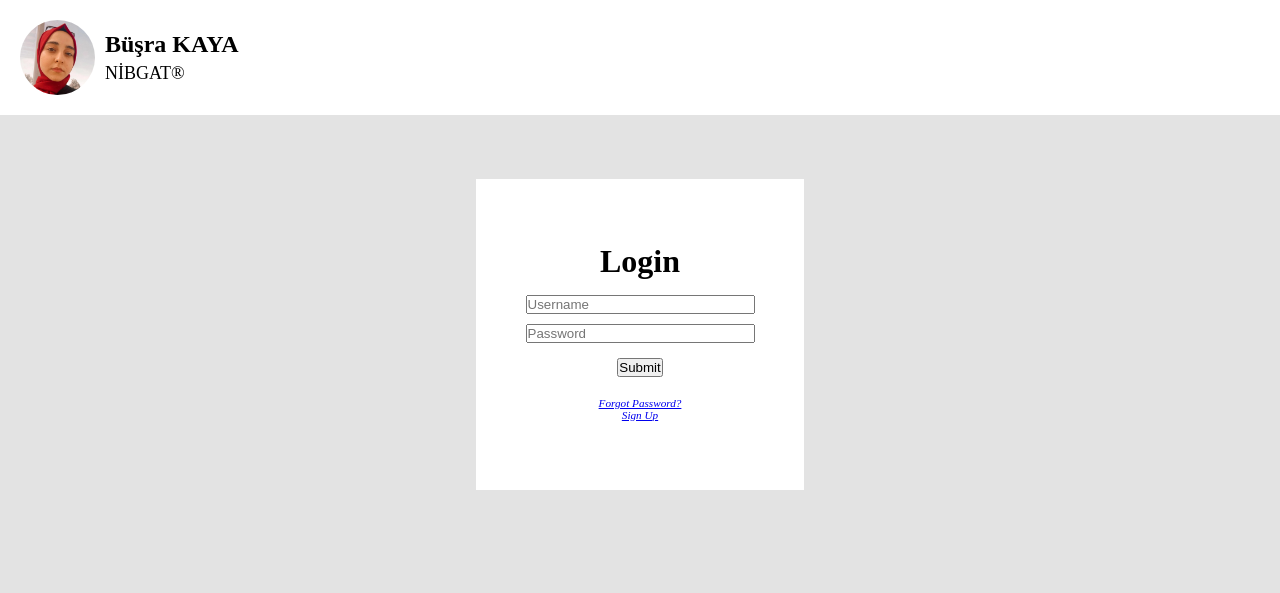
Repository: busra-kayaa/LoginPage
Page: login.html
An editor plug-in stored every save of this project. The page is shown before and after the next save, followed by the edit.
The browser window is 1280 px wide. The pictures show the whole page.

Above is the page before, as saved 2024-01-02 18:28:56.

### login.html
<!DOCTYPE html>
<html>
    <head>
        <title>Login Page</title>
        <link rel="stylesheet" href="./style.css" type="text/css"/>
    </head>
    <body>
        <div class="header-container">
            <div
                class="header-left-side-container"
            >
                <img
                    src="./busra.jpg"
                    height="75px"
                    width="75px"
                    class="logo"
                />
                <div class="header-desc-container">
                    <span class="header-title">
                        Büşra KAYA
                    </span>
                    <span class="header-content">
                        NİBGAT®
                    </span>
                </div>
            </div>
        </div>
        <div class="login-from-container">
          <div class ="login-text"><h1>Login</h1></div>
            <div class="input-group1">
                <i class="fa fa-user"></i>
                <input
                    type="text"
                    placeholder="Username"
                    class="input-text"
                    autocomplete="off"
                />
            </div>
            <div class="input-group2">
                <i class="fa fa-unclok-alt"></i>
                <input
                    type="password"
                    placeholder="Password"
                    class="input-text"
                    autocomplete="off"
                />
            </div>
            <div class="subgroup">
                <div class="button-group" id="login-button">
                    <button onclick="alert('Bilgileriniz Başarıyla Alınmıştır.')">Submit</button>
                </div>
                <div class="footer">
                    <a href="#" target="_blank">Forgot Password? </a>
                    <a href="#" target="_blank">Sign Up</a>
                </div>
            </div>
        </div>
    </body>
</html>

### style.css

* {
    padding: 0;
    margin: 0;
}

body {
    background-color: #e3e3e3;
}

.header-container {
    justify-content: space-between;
    background-color: #ffffff;
    flex-direction: row;
    align-items: center;
    padding: 20px;
    display: flex;
    margin-bottom: 5%;
}

.header-left-side-container {
    flex-direction: row;
    align-items: center;
    display: flex;
}

.logo {
    border-radius: 50%;
    margin-right: 10px;
}

.header-desc-container {
    display: flex;
    flex-direction: column;
}

.header-title {
    display: flex;
    flex-direction:column;
    font-weight: bold;
    font-size: 24px;
    margin-bottom: 5px;
}

.header-content {
    font-weight:normal;
    font-size: 18px;
    color:rgb(0, 0, 0);
}

.login-from-container {
    background-color: #ffffff;
    display: flex;
    flex-direction: column;
    align-items: center;
    text-align: center;
    margin: auto;
    width: 200px;
    padding: 5%;
}

.login-text {
    padding-bottom: 15px;
}

.input-group1 {
    margin-bottom: 5px;
}
.input-text {
    width: 225px;
}

.input-group2 {
    margin-top: 5px;
}

.button-group {
    color: black ;
    border: none;
    color: white;
    text-align: center;
    text-decoration: none;
    display: inline-block;
    font-size: 16px;
    margin: 15px 2px;
    cursor: pointer;
}

.footer {
    margin: 5px;
    display: flex;
    flex-direction:column;
    font-size: 70%;
    font-style: italic;
}

After the next save:
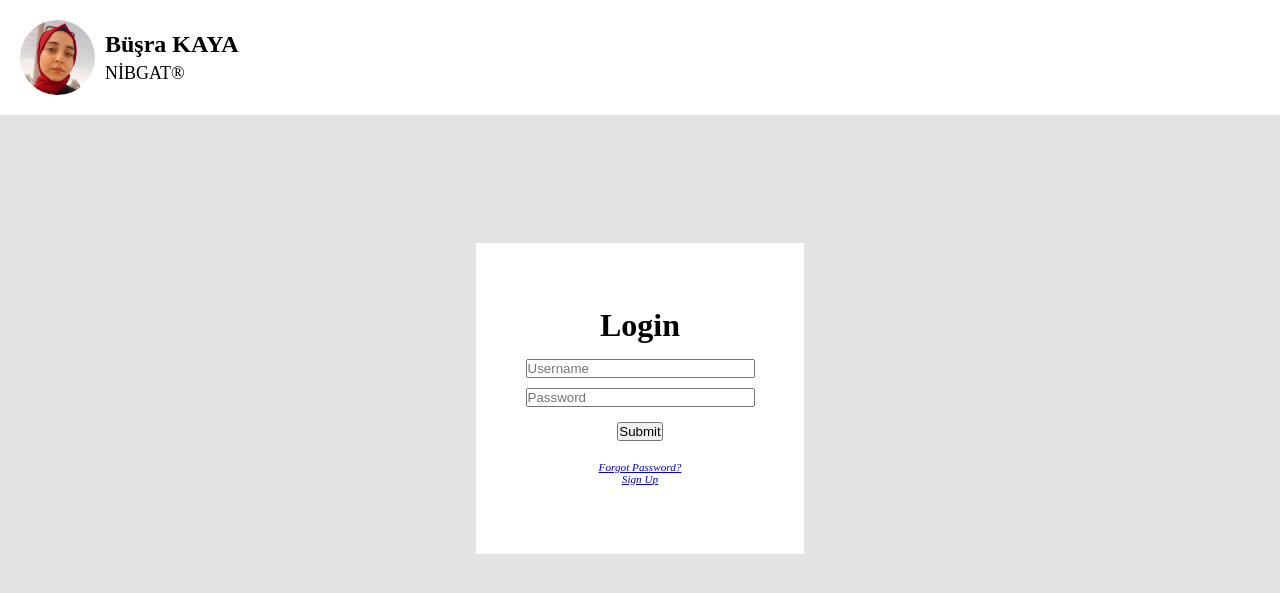
Saved 6 s later.
--- a/style.css
+++ b/style.css
@@ -15,7 +15,7 @@ body {
     align-items: center;
     padding: 20px;
     display: flex;
-    margin-bottom: 5%;
+    margin-bottom: 10%;
 }
 
 .header-left-side-container {
